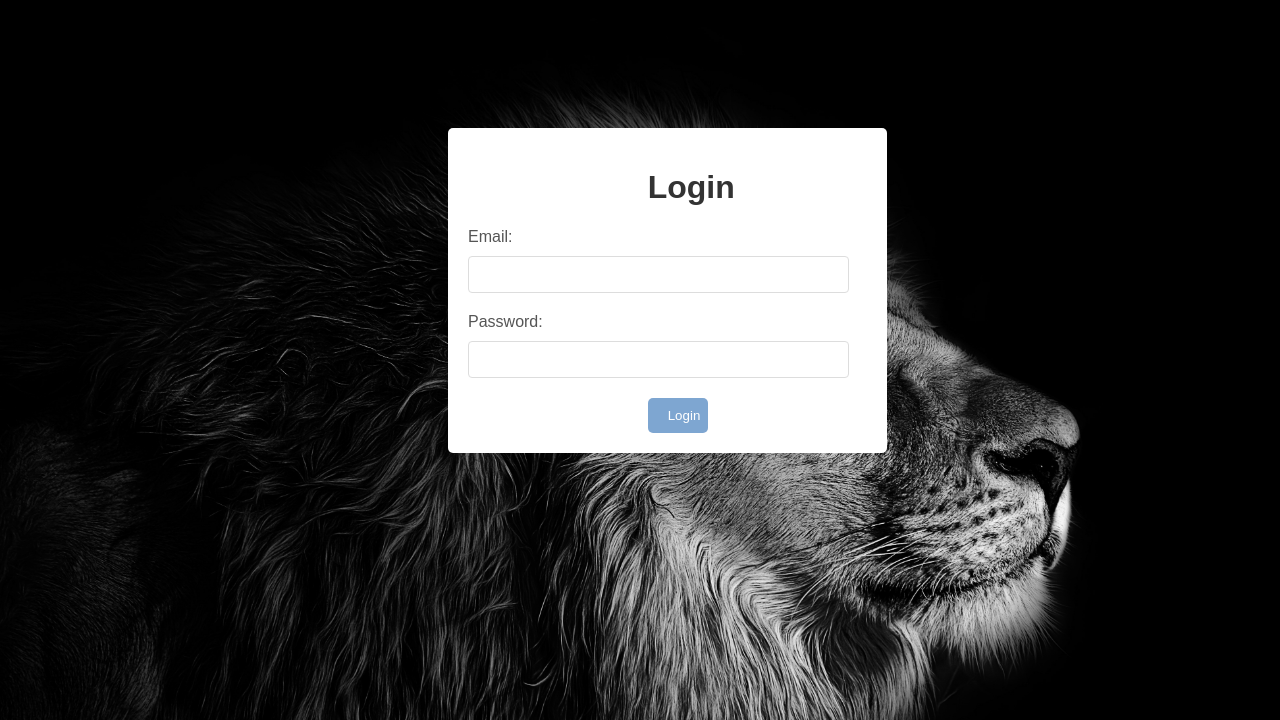
Repository: TemoshoS/User-Profile
Page: http://localhost/login
The author's editor kept a copy of each file at every save. The page is drawn from the files as they stood at one save, then again after the next save.
The browser window is 1280 px wide. The pictures show the whole page.
The page is served by the project's Node server (app.js).

Above is the page before, as saved 2023-08-01 15:37:55.

After the next save:
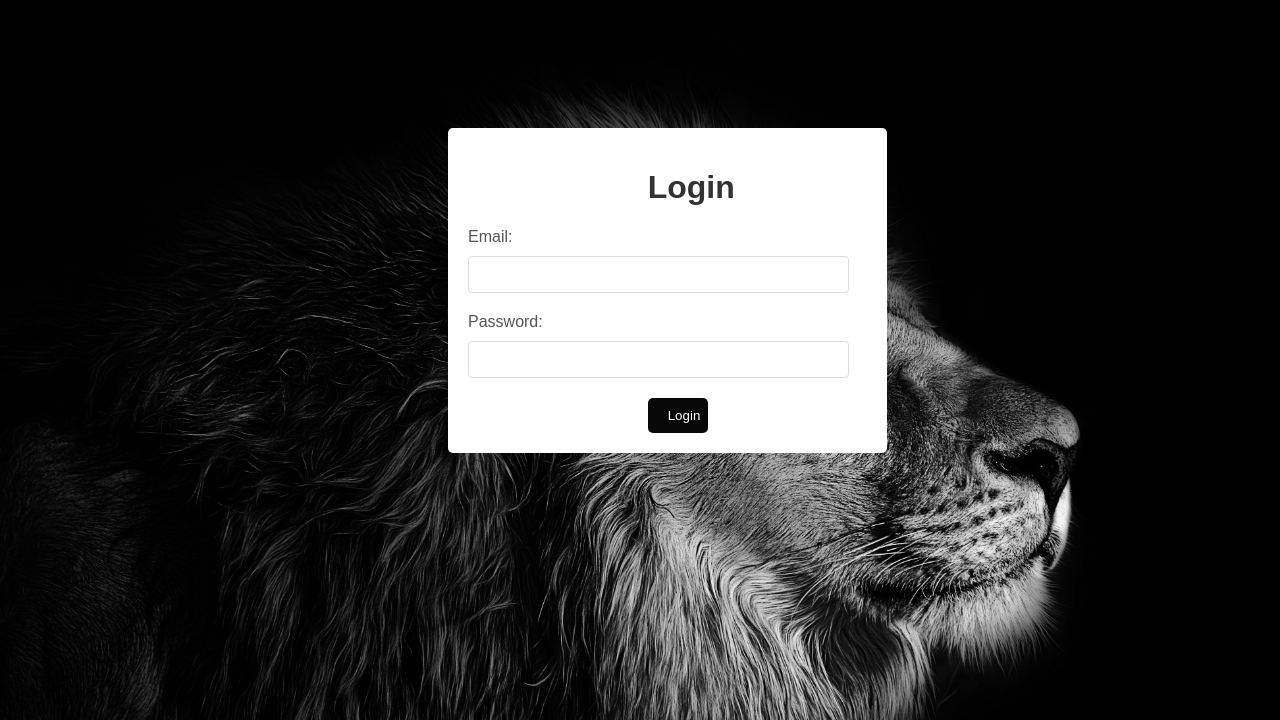
Saved 32 s later.
--- a/public/style.css
+++ b/public/style.css
@@ -38,7 +38,7 @@ body {
   }
 
   button {
-    background-color: #7ea6d1;
+    background-color: #080808;
     color: #fff;
     border: none;
     width: 15%;
